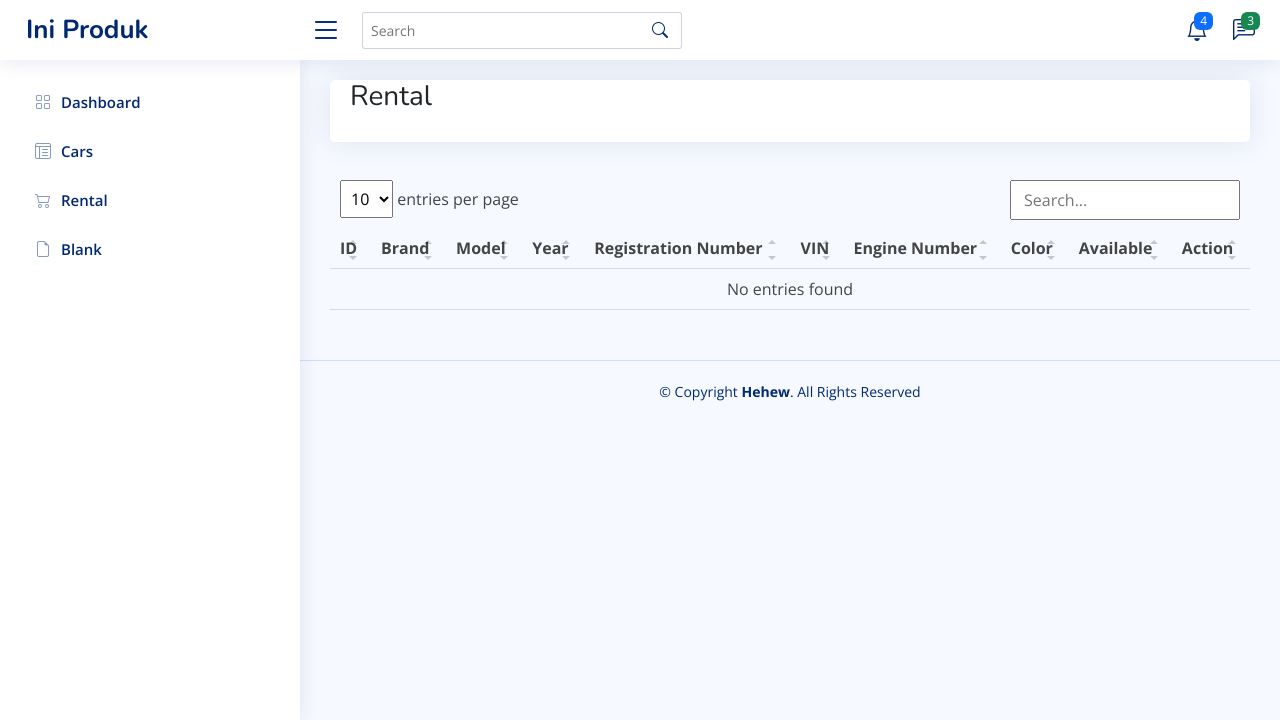
Repository: Jistoper/car_rental
Page: resources/views/backsite/content/rent/renttable.blade.php
An editor plug-in stored every save of this project. The page is shown before and after the next save, followed by the edit.
The browser window is 1280 px wide. The pictures show the whole page.
The page is served by the project's Laravel application, run on PHP 8.4 with Laravel 9. The template is opened directly, without the code that normally fills it, so the values that code supplies are empty.

Above is the page before, as saved 2023-06-25 16:17:35.

After the next save:
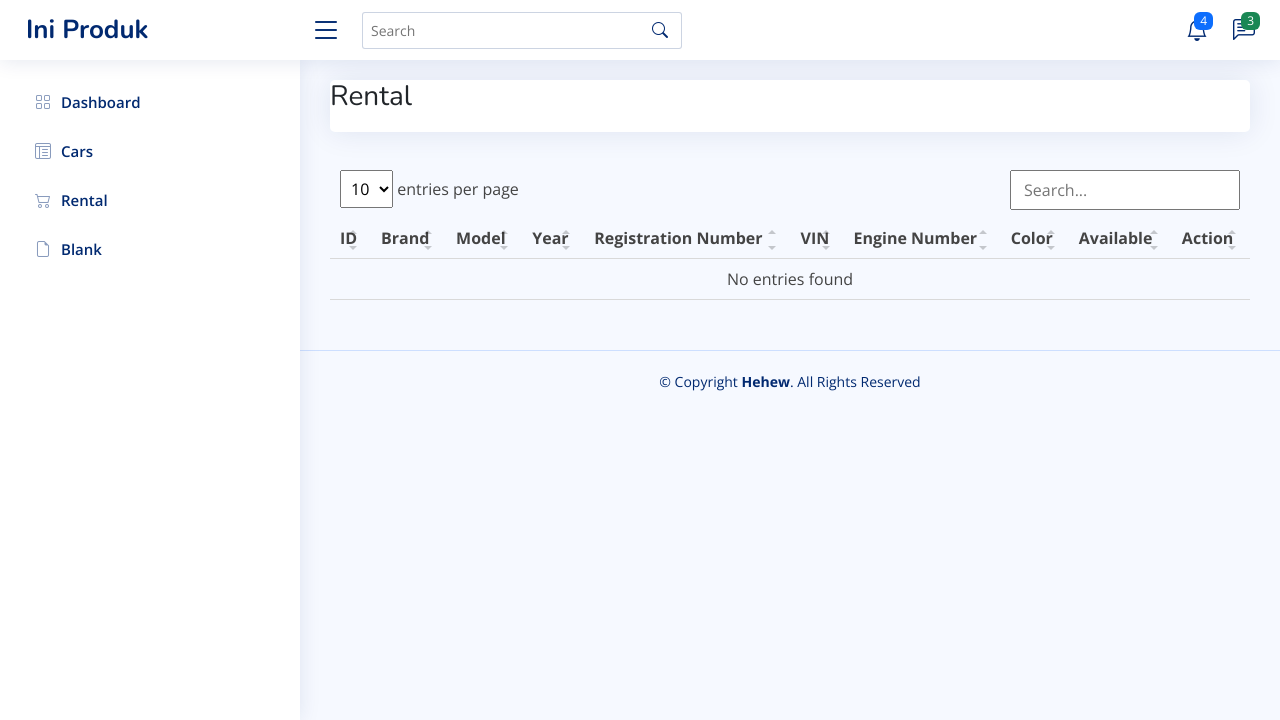
Saved 2 min 17 s later.
--- a/resources/views/backsite/content/rent/renttable.blade.php
+++ b/resources/views/backsite/content/rent/renttable.blade.php
@@ -4,7 +4,7 @@
 
 <div>
     <div class="card">
-        <div class="card-body">
+        <div class="pagetitle">
             <h3>Rental</h3>
         </div>
     </div>
